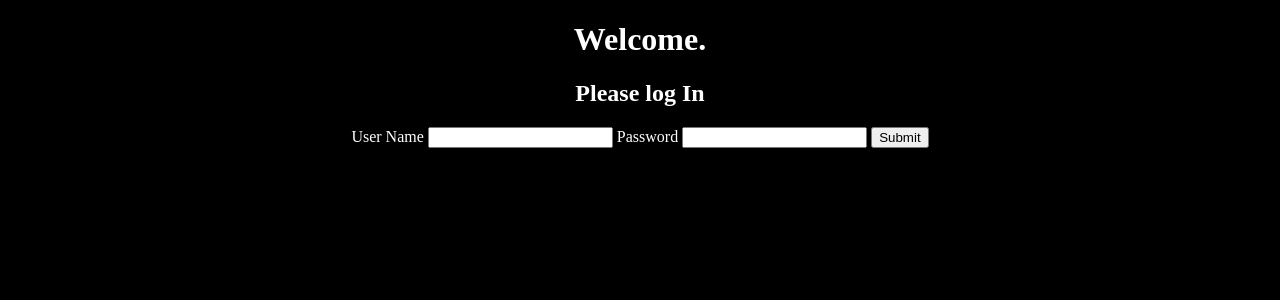
Repository: Ayushvarma01/SpringMVC
Page: SkillUp/src/main/webapp/WEB-INF/views/login.html
The author's editor kept a copy of each file at every save. The page is drawn from the files as they stood at one save, then again after the next save.
The browser window is 1280 px wide. The pictures show the whole page.

Above is the page before, as saved 2024-06-04 18:02:48.

### SkillUp/src/main/webapp/WEB-INF/views/login.html
<!DOCTYPE html>
<html xmlns:th="http://www.thymeleaf.org>
<head>
<meta charset="UTF-8">
<title>Insert title here</title>
<style>
html {
	background-color: black;
	color: white;
}
</style>
</head>
<body>
	<h1 align="center">Welcome.</h1>
	<h2 align="center">Please log In</h2>
	<div align="center">
		<form action="/login">
		<label>User Name</label>
		<input type="text" name="username">
		<label>Password</label>
		<input type="text" name="username">
		<button type="submit">Submit</button>
		</form>
	</div>
</body>
</html>

After the next save:
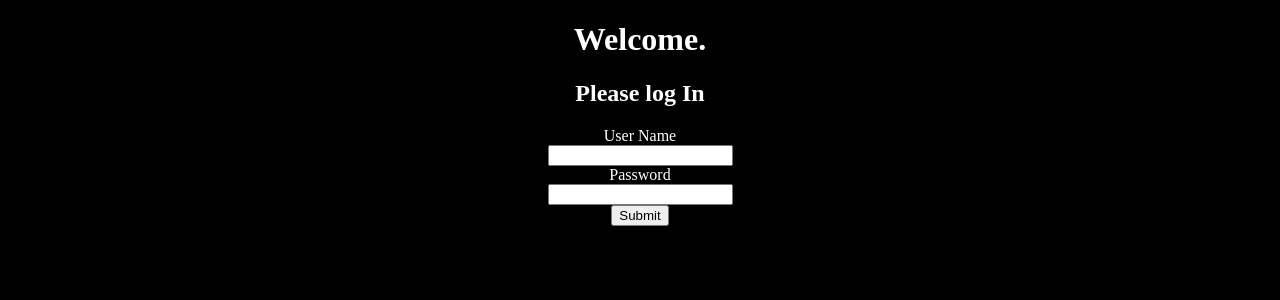
Saved 21 s later.
--- a/SkillUp/src/main/webapp/WEB-INF/views/login.html
+++ b/SkillUp/src/main/webapp/WEB-INF/views/login.html
@@ -15,10 +15,10 @@ html {
 	<h2 align="center">Please log In</h2>
 	<div align="center">
 		<form action="/login">
-		<label>User Name</label>
-		<input type="text" name="username">
-		<label>Password</label>
-		<input type="text" name="username">
+		<label>User Name</label><br>
+		<input type="text" name="username"><br>
+		<label>Password</label><br>
+		<input type="text" name="username"><br>
 		<button type="submit">Submit</button>
 		</form>
 	</div>
